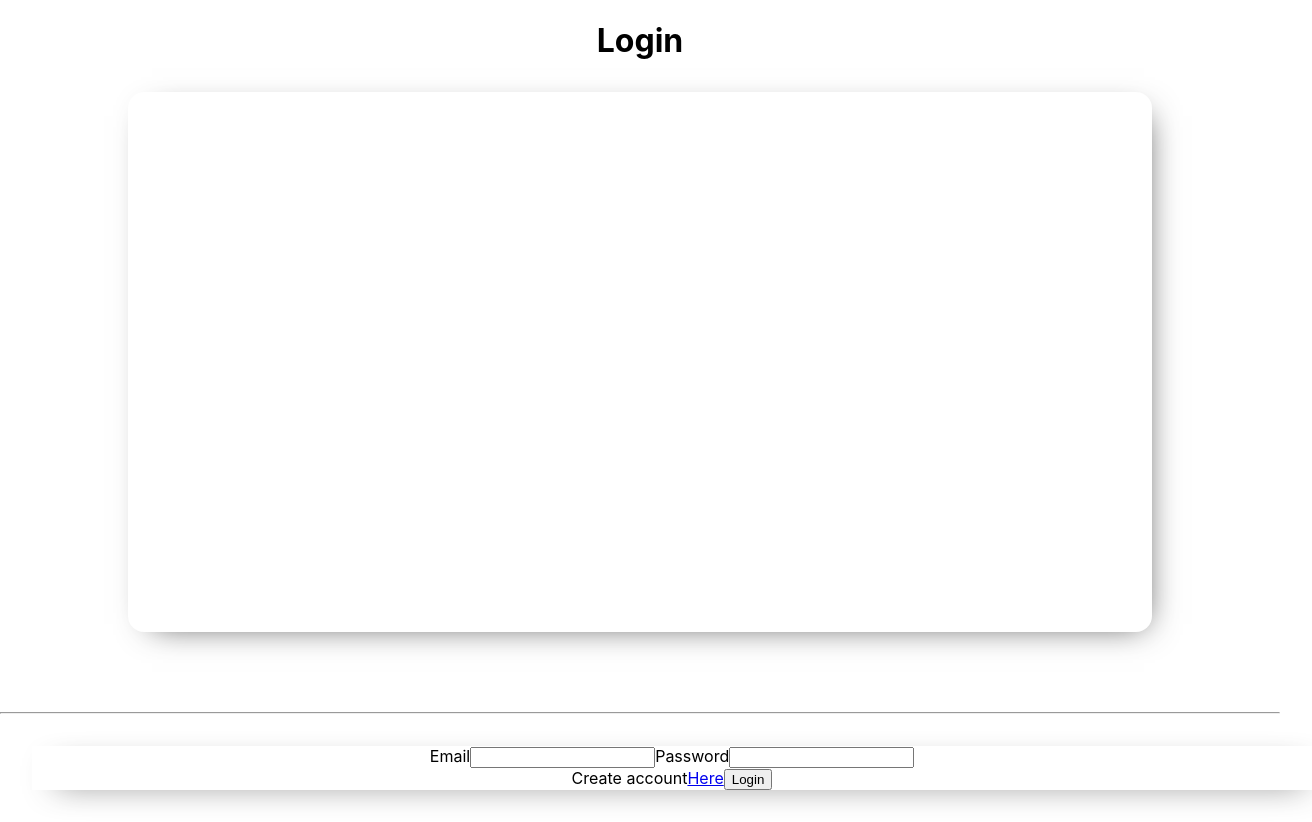
Repository: TendaniSadiki/revelation-e-commerce
Page: /login
The author's editor kept a copy of each file at every save. The page is drawn from the files as they stood at one save, then again after a run of saves.
The browser window is 1280 px wide. The page is 1312 px wide, so the pictures cover 1312 px, including what lies to the right of the window. The pictures show the whole page.
The project was rebuilt for these pictures with package versions that can differ from the ones it lists, and the page was loaded fresh each time. Also part of the build but not shown: src/Components/Navbar.css, src/Components/Navbar.js, src/Components/CardStyle.css, src/Components/IndividualProduct.js, src/Components/Products.js, src/Components/IndividualCartProduct.js, src/Components/CartProduct.js, src/Components/Home.js and 8 more. Imported but missing from the stored project, and not drawn on this page: src/Components/Pages/Sale/Sale.

Above is the page before, as saved 2022-11-10 15:14:55.

### src/App.js
import logo from './logo.svg';
import './App.css';
import { Home } from './Components/Home';
import {BrowserRouter,Routes,Route} from 'react-router-dom'
import { Login } from './Components/Login';
import { Signup } from './Components/Signup';
import { NotFound } from './Components/NotFound';

import { Cart } from './Components/Cart';
import { AddProduct } from './Components/AddProduct';
import ProductView from './Components/ProductView';
import Sale from './Components/Pages/Sale/Sale';
import Summer from './Components/Pages/Summer/Summer';
import Winter from './Components/Pages/Sale/Sale';
import Accessories from './Components/Pages/Accessories/Accessories';



function App() {
  return (
    <div className="App">
      <BrowserRouter>

      <Routes>
        <Route path="/" element={<Home/>}/>
        <Route path="/login" element={<Login/>}/>
        <Route path ="/signup" element={<Signup/>}/>
        <Route path ="/cart" element={<Cart/>}/>
        <Route path = '/add-product' element={<AddProduct/>}/>
        <Route path = '/product-view' element={<ProductView/>}/>
        <Route path ='/sale' element={<Sale/>}/>
        <Route path = '/summer' element={<Summer/>}/>
        <Route path = '/winter' element={<Winter/>}/>
        <Route path = '/accessories' element={<Accessories/>} />



      </Routes>
      </BrowserRouter>


    </div>
  );
}

export default App;

### src/Components/Login.js
import React,{useState} from 'react'
import fire from '../Config/Config';
import {Link, useNavigate} from 'react-router-dom'
import './Login.css'
export const Login = () => {
    const navigate = useNavigate();
    const [email ,setEmail] = useState("");
    const [password, setPassword]= useState("");
    const [errorMsg ,setErrorMsg] = useState("");
    const [succcessMsg, setSuccessMsg]= useState("");


    const handleLogin=(e)=>{
        e.preventDefault()
        fire.auth().signInWithEmailAndPassword(email,password).then((credentials)=>{
            console.log(credentials)
                setSuccessMsg("Login Successfull. You will be redirected to Home")

                setEmail("");
                setPassword("");
                setErrorMsg("");
              setTimeout(()=>{
                setSuccessMsg("");
                navigate("/")
              },3000)

            })


    }

  return (
    <div className="main-Login">
       <h1>Login</h1>
       <div className="login-contain"></div>
    <br></br>
    <br></br>

    <hr></hr>
    {succcessMsg&& <>
    <div className='success-msg'>{succcessMsg}</div>
    <br></br>
    </>}

    <div className="left-side">
    <form className='form-group' autoComplete='off' onSubmit={handleLogin}>

        <lable>Email</lable>
        <input type='email' className='form-control' required onChange={(e)=>setEmail(e.target.value)} value={email}/>
        <lable>Password</lable>
        <input type='password' className='form-control' required onChange={(e)=>setPassword(e.target.value)} value={password}/>
        <br></br>
       <div className='btn-box'>
        <span>Create account
            <Link to="/signup" className="text">Here</Link></span>
            <button type='submit' className="login-btn">Login</button>
       </div>
    </form>
    </div>
    <div className="right-side"></div>

    {errorMsg&& <>
        <div className='error-msg'>{errorMsg}</div>
        <br></br>
    </>}
    </div>
  )
}

### src/Config/Config.js
import firebase from 'firebase/compat/app';
import 'firebase/compat/auth';
import 'firebase/compat/firestore';
import 'firebase/compat/storage'
const config = {
    // apiKey: "AIzaSyB8CB9NLa1vbsREct9x7r2QWNzl0fXx3YA",
    // authDomain: "apparelbase-76671.firebaseapp.com",
    // projectId: "apparelbase-76671",
    // storageBucket: "apparelbase-76671.appspot.com",
    // messagingSenderId: "101281494605",
    // appId: "1:101281494605:web:acb62d132a8456585d8e04",
    // measurementId: "G-S25VVVM4TB"
    apiKey: "AIzaSyDG8_Lz9ggCm-gA1UM6TftJoSnTX7m-NWw",
    authDomain: "revelationapp-390bd.firebaseapp.com",
    databaseURL: "https://revelationapp-390bd-default-rtdb.firebaseio.com",
    projectId: "revelationapp-390bd",
    storageBucket: "revelationapp-390bd.appspot.com",
    messagingSenderId: "465444417647",
    appId: "1:465444417647:web:d4d93f9638925eab26dd9a"
};


const fire = firebase.initializeApp(config);
export const storage  = fire.storage();
export const db = fire.firestore();
export const auth = fire.auth()

export default fire;

### src/Components/Login.css


.main-login{
    min-height: 100vh;
    min-width: 100vw;
    overflow-x:hidden ;
    background: linear-gradient(to right, rgba(255,255,255) 50% );

}

.login-contain{
        height: 75vh;
        width: 80%;
        background: linear-gradient(to right bottom, rgba(236,236,236. 0.7), rgba(236,236,236, 0.3));
        border-radius: 1rem;
        margin: 2rem auto;
        box-shadow: 0.5rem 0.5rem 2rem -1rem rgb(57, 57, 57);
        display: flex;
        justify-content: center;
        align-items: center;
}

.left-side{
    margin: 2rem 2rem;
    box-shadow: 0.5rem 0.5rem 2rem -1rem rgb(58, 57, 57);
    height: 80%;
    width: 100%;
}
.right-side{
    margin: 2rem 2rem;
    box-shadow: 0.5rem 0.5rem 2rem -1rem rgb(58, 57, 57);
    height: 80%;
    width: 100%;
}

Loaded but not shown: public/index.html (common file); src/index.js (common file); src/index.css (common file); src/reportWebVitals.js (common file); src/App.css (common file)

After the next 2 saves:
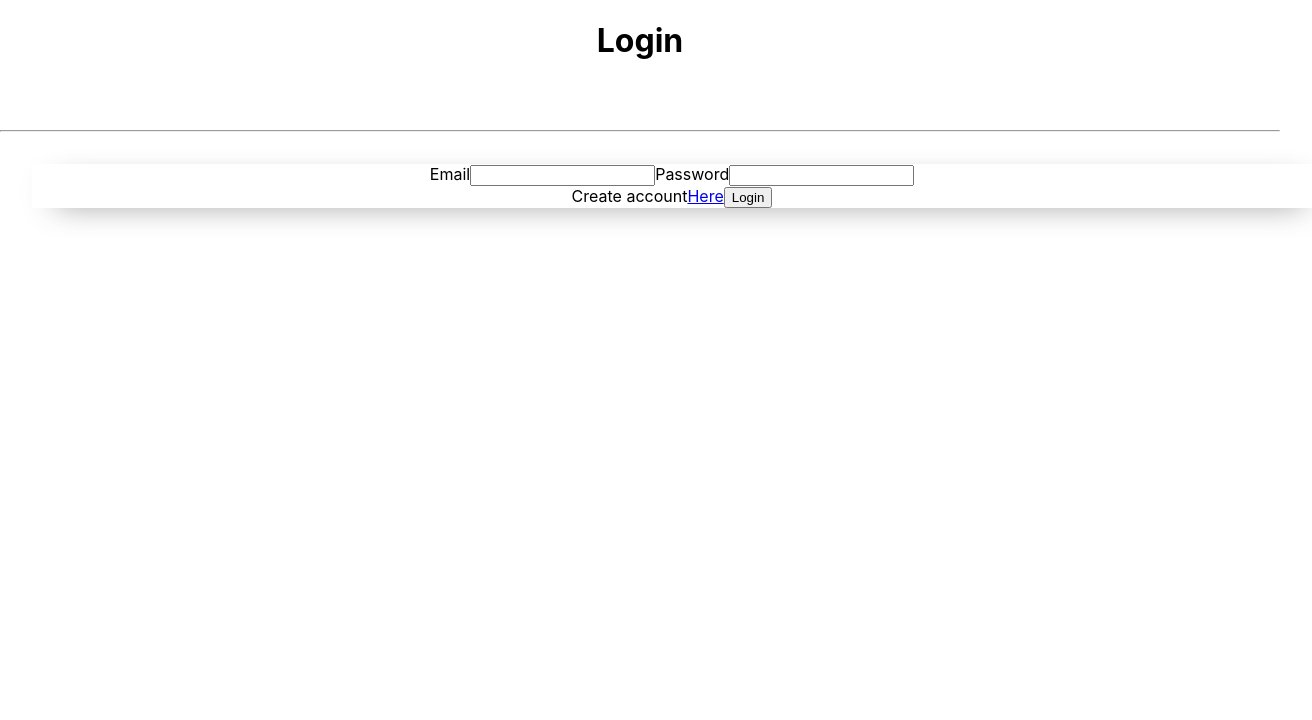
The 2 saves are shown as one change because they came seconds apart.
The last was saved 51 s later.
--- a/src/Components/Login.css
+++ b/src/Components/Login.css
@@ -5,10 +5,7 @@
     min-width: 100vw;
     overflow-x:hidden ;
     background: linear-gradient(to right, rgba(255,255,255) 50% );
-
-}
-
-.login-contain{
+    .login-contain{
         height: 75vh;
         width: 80%;
         background: linear-gradient(to right bottom, rgba(236,236,236. 0.7), rgba(236,236,236, 0.3));
@@ -19,6 +16,9 @@
         justify-content: center;
         align-items: center;
 }
+}
+
+
 
 .left-side{
     margin: 2rem 2rem;

After the 6 saves that followed:
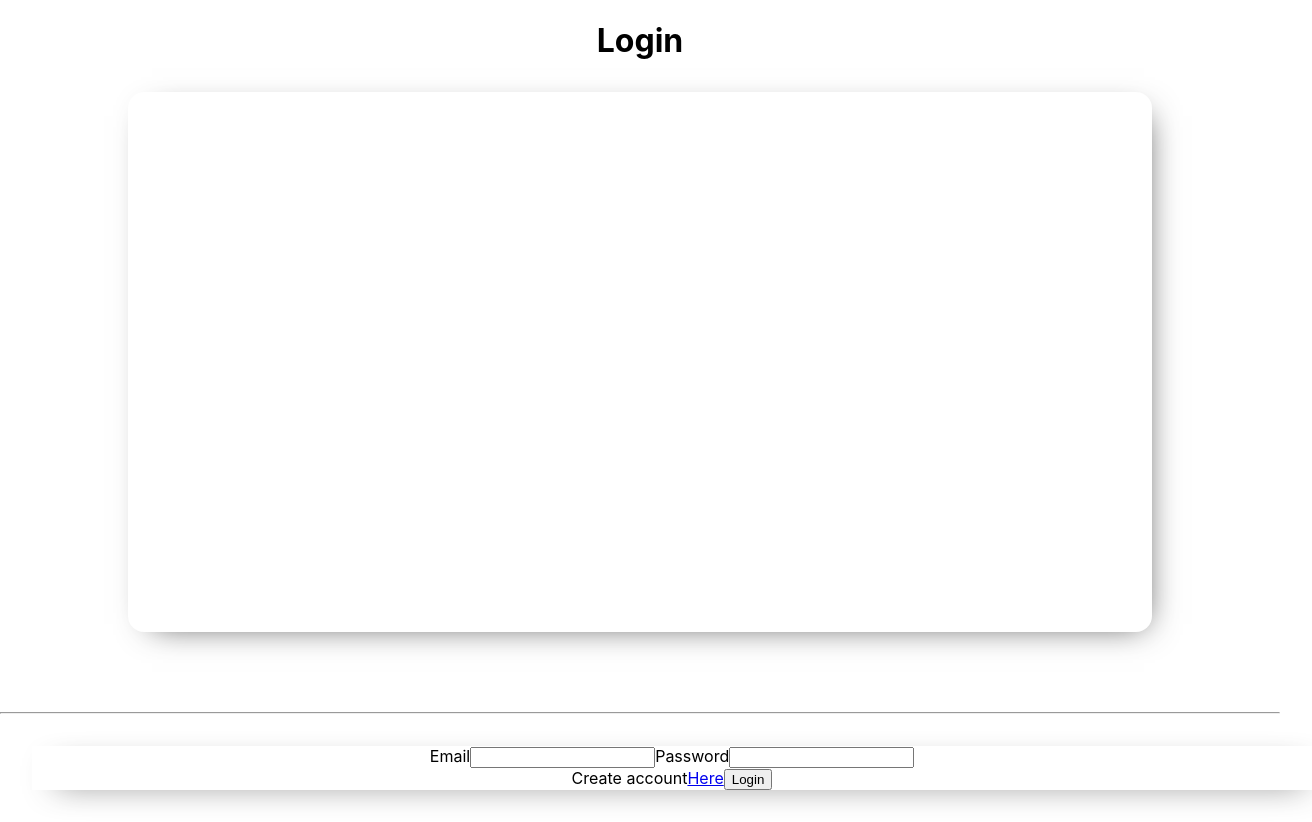
The 6 saves are shown as one change because 2 left the picture as it was and some came seconds apart.
The last was saved 56 s later.
--- a/src/Components/Login.css
+++ b/src/Components/Login.css
@@ -5,7 +5,10 @@
     min-width: 100vw;
     overflow-x:hidden ;
     background: linear-gradient(to right, rgba(255,255,255) 50% );
-    .login-contain{
+
+}
+
+.login-contain{
         height: 75vh;
         width: 80%;
         background: linear-gradient(to right bottom, rgba(236,236,236. 0.7), rgba(236,236,236, 0.3));
@@ -16,9 +19,6 @@
         justify-content: center;
         align-items: center;
 }
-}
-
-
 
 .left-side{
     margin: 2rem 2rem;
